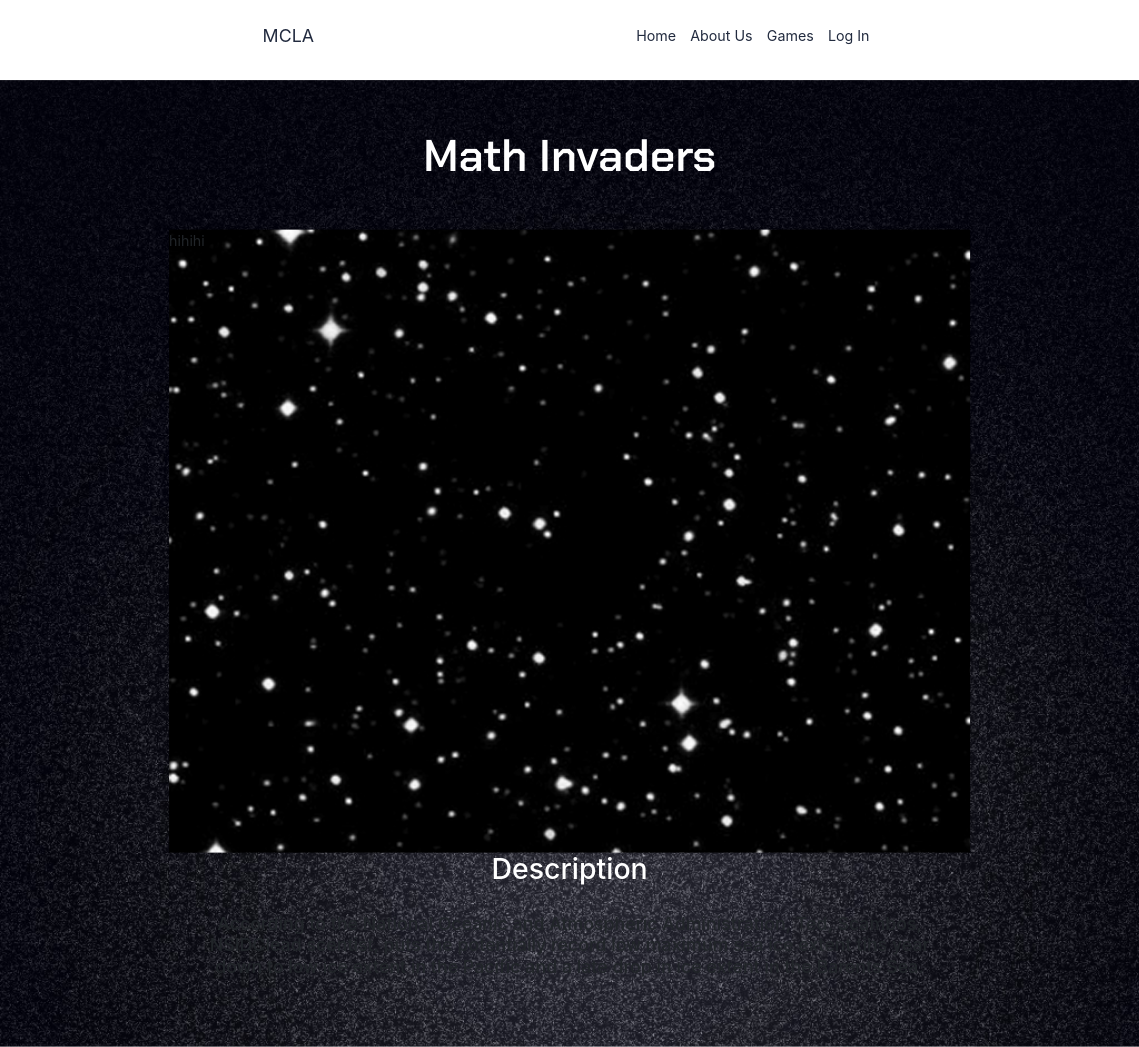
Repository: kkyler24/MathInvader
Page: index.html
The author's editor kept a copy of each file at every save. The page is drawn from the files as they stood at one save, then again after the next save.
The browser window is 1280 px wide. The pictures show the whole page, at 89% of full size.
Some web libraries are served in a nearby version.

Above is the page before, as saved 2020-07-19 23:35:52.
Console error: TypeError: Cannot read properties of null (reading 'style')

### index.html
<!DOCTYPE html>
<html lang="en">
  <head>
    <!-- Required meta tags -->
    <meta charset="utf-8" />
    <meta
      name="viewport"
      content="width=device-width, initial-scale=1, shrink-to-fit=no"
    />

    <!-- Bootstrap CSS -->
    <link
      rel="stylesheet"
      href="https://maxcdn.bootstrapcdn.com/bootstrap/4.0.0/css/bootstrap.min.css"
      integrity="sha384-Gn5384xqQ1aoWXA+058RXPxPg6fy4IWvTNh0E263XmFcJlSAwiGgFAW/dAiS6JXm"
      crossorigin="anonymous"
    />

    <link
      href="https://fonts.googleapis.com/css2?family=Chakra+Petch:wght@600&display=swap"
      rel="stylesheet"
    />
    <link href="./jsFolder/index.css" rel="stylesheet" />

    <title>Math Invaders</title>
  </head>
  <!-- Navbar -->
  <body class="burger-menu">
    <div id="mainBody">
      <nav
        id="marginb"
        class="navbar navbar-expand-lg fixed-top navbar-transparent"
      >
        <div class="container">
          <a class="navbar-brand" href="#">MCLA</a>
          <div class="separator separator-primary"></div>
          <button
            class="navbar-toggler"
            type="button"
            data-toggle="collapse"
            data-target="#navbarNav"
            aria-controls="navbarNav"
            aria-expanded="false"
            aria-label="Toggle navigation"
          >
            <span class="navbar-toggler-icon"></span>
          </button>
          <div class="collapse navbar-collapse" id="navbarNav">
            <ul class="navbar-nav">
              <li class="nav-item active">
                <a class="nav-link" href="#"
                  >Home <span class="sr-only">(current)</span></a
                >
              </li>
              <li class="nav-item">
                <a class="nav-link" href="#">About Us</a>
              </li>
              <li class="nav-item">
                <a class="nav-link" href="#">Games</a>
              </li>
              <li class="nav-item">
                <a class="nav-link" href="#">Log In</a>
              </li>
            </ul>
          </div>
        </div>
      </nav>
      <div id="wrapper">


      </div>
      <div id="backgroundSection" class="section section-about-us">
        <div class="content-center">
            <div class="containerM">
              <h1 id="titleG" class="title">Math Invaders</h1>
            </div>
          </div>
        <div class="containerM">
          <div class="section-story-overview">

            <div class="separator separator-primary"></div>
            <div class="game-wrapper">
<div id="Game" class="Game"> hihihi</div>
<div class="congratulations">
    <h1>Congratulations!</h1>
    <h2>You won the game</h2>
    <button class="btn" onclick="window.location.reload()">Restart</button>
              </div>
              <div class="game-over">
                <h1>GAME OVER</h1>
                <h2>You lost the game</h2>
                <button class="btn" onclick="window.location.reload()">Restart</button>
          </div>
                    </div>
                    <div class="separator separator-primary"></div>
                    <div class="row">
                        <div class="col-md-8 ml-auto mr-auto text-center">
                            <h2 class="title gameT">Description</h2>
                            <h5 class="description">According to the National Oceanic and Atmospheric Administration, Ted, Scambos, NSIDClead scentist, puts the potentially record low maximum sea ice extent tihs year down to low ice extent in the Pacific and a late drop in ice extent in the Barents Sea.</h5>
                        </div>
                    </div>
                </div>
            </div>
        </div>
    </div>
    </div>
</div>
    <!-- Optional JavaScript -->
    <!-- jQuery first, then Popper.js, then Bootstrap JS -->
    <script
      src="https://code.jquery.com/jquery-3.2.1.slim.min.js"
      integrity="sha384-KJ3o2DKtIkvYIK3UENzmM7KCkRr/rE9/Qpg6aAZGJwFDMVNA/GpGFF93hXpG5KkN"
      crossorigin="anonymous"
    ></script>
    <script
      src="https://cdnjs.cloudflare.com/ajax/libs/popper.js/1.12.9/umd/popper.min.js"
      integrity="sha384-ApNbgh9B+Y1QKtv3Rn7W3mgPxhU9K/ScQsAP7hUibX39j7fakFPskvXusvfa0b4Q"
      crossorigin="anonymous"
    ></script>
    <script
      src="https://maxcdn.bootstrapcdn.com/bootstrap/4.0.0/js/bootstrap.min.js"
      integrity="sha384-JZR6Spejh4U02d8jOt6vLEHfe/JQGiRRSQQxSfFWpi1MquVdAyjUar5+76PVCmYl"
      crossorigin="anonymous"
    ></script>


    <script src="./jsFolder/Aliens.js"></script>
    <script src="./jsFolder/tokens.js"></script>
    <script src="./jsFolder/game.js"></script>
  </body>
</html>

### jsFolder/index.css
html,
body {
  height: 100%;
  margin: 0;
  font-size: 16px;
  columns: #222b3f;
}
/*  navbar*/

.navbar.navbar-transparent {
  background-color: transparent !important;
  box-shadow: none;
  color: #fff;
  padding-top: 20px !important;
}

.fixed-top {
  position: fixed;
  top: 0;
  right: 0;
  left: 0;
  z-index: 1030;
}
#navbarNav {
  justify-content: flex-end;
}

#marginb {
  margin-bottom: 20px !important;
}
.navbar {
  position: relative;
  display: flex;
  flex-wrap: wrap;
  align-items: center;
  justify-content: space-between;
  padding: 0.5rem 1rem;
  padding-top: 0.625rem;
  padding-bottom: 0.625rem;
  min-height: 53px;
}

a {
  color: #222b3f;
  text-decoration: none;
  background-color: transparent;
}

.containerM {
  width: 100%;
  padding-right: 15px;
  padding-left: 15px;
  margin-right: auto;
  margin-left: auto;
}

.button-dropdown {
  padding-right: 0.7rem;
  cursor: pointer;
}

.navbar.navbar-transparent {
  background-color: transparent !important;
  color: #fff;
}

.dropdown {
  position: relative;
}

.navbar > .container {
  display: flex;
  flex-wrap: wrap;
  align-items: center;
  justify-content: space-between;
}

.gameT {
  color: #fff;
}
#titleG {
  font-family: "Chakra Petch", sans-serif;
  font-size: 50px;
  font-weight: 700;
  padding-top: 30px;
}
/*  container */

.page-header.page-header-small {
  min-height: 60vh;
  max-height: 440px;
}

.page-header {
  padding: 0;
  color: #fff;
  position: relative;
  overflow: hidden;
}

.page-header .page-header-image {
  position: absolute;
  background-size: cover;
  background-position: 50%;
  width: 100%;
  height: 100%;
  z-index: -1;
}

.navbar-toggler:not(:disabled):not(.disabled) {
  cursor: pointer;
}

.content-center {
  position: relative;
  top: 50%;
  left: 50%;
  z-index: 2;
  transform: translate(-50%, -50%);
  text-align: center;
  color: #fff;
  padding: 0 15px;
  width: 100%;
  max-width: 880px;
}

.text-center {
  text-align: center !important;
}

.page-header .container {
  height: 100%;
  z-index: 1;
  text-align: center;
  position: relative;
}

.section {
  padding: 70px 0;
  position: relative;
  background: #fff;
}

.row {
  display: flex;
  flex-wrap: wrap;
  margin-right: -15px;
  margin-left: -15px;
}

.ml-auto,
.mx-auto {
  margin-left: auto !important;
}
.mr-auto,
.mx-auto {
  margin-right: auto !important;
}

.col-md-8 {
  position: relative;
  width: 100%;
  padding-right: 15px;
  padding-left: 15px;
}
h2 {
  margin-bottom: 30px;
  line-height: 1.2;
}

#backgroundSection {
  background-image: url("./pictures/MathApics/spaceship/blackmatte.jpg");
  background-repeat: no-repeat;
  background-size: cover;
  width: 100%;
  height: auto;
}

/* Game */

#Game {
  width: 900px;
  height: 700px;
  background: url("/jsFolder/pictures/MathApics/spaceship/blackskybackground.jpg");
  animation: scroll-background 5s linear infinite;
  box-shadow: 0 2px 10px rgba(0, 0, 0, 0.2);
  position: relative;
}

.wrap {
  display: flex;
  flex-direction: column;
  height: 100%;
}

.game-wrapper {
  flex: 1;
  display: flex;
  justify-content: center;
  align-items: center;
  /* background: #2; */
}

.game .enemy {
  position: absolute;
  margin-left: -20px;
  margin-top: -18px;
  width: 40px;
}

.player {
  position: absolute;
  margin-left: -20px;
  width: 40px;
  height: 40px;
  z-index: 3;
}

.game {
  position: absolute;
  margin-left: -20px;
  width: 40px;
  height: 40px;
}

.game .laser {
  position: absolute;
  margin-left: -2.5px;
  height: 30px;
}

.game .enemy-laser {
  position: absolute;
  margin-left: -2.5px;
  height: 30px;
}

.congratulations {
  display: none;
  position: absolute;
  background: #c7a526;
  color: white;
  padding: 20px 50px;
  box-shadow: 0 2px 10px rgba(0, 0, 0, 0.2);
  border-radius: 10px;
  text-align: center;
  animation: pop-in 1s;
}

.game-over {
  display: none;
  position: absolute;
  background: #6b1818;
  color: white;
  padding: 20px 50px;
  box-shadow: 0 2px 10px rgba(0, 0, 0, 0.2);
  border-radius: 10px;
  text-align: center;
  animation: pop-in 1s;
}

@keyframes scroll-background {
  from {
    background-position-y: 0px;
  }
  to {
    background-position-y: 300px;
  }
}

@keyframes pop-in {
  0% {
    opacity: 0;
    transform: translate(0, -100px);
  }
  10% {
    opacity: 1;
  }
  50% {
    transform: translate(0, 30px);
  }
  100% {
    transform: translate(0, 0);
  }
}

/* media Queries */

@media (min-width: 768px) {
  .col-md-8 {
    flex: 0 0 66.666667%;
    max-width: 66.666667%;
  }
}
@media (min-width: 768px) {
  .container {
    max-width: 720px;
  }
}

@media (min-width: 992px) {
  .navbar-expand-lg .navbar-toggler {
    display: none;
  }
}

@media (max-width: 991.98px) {
  .navbar-expand-lg > .container {
    padding-right: 0;
    padding-left: 0;
  }
}

@media (min-width: 768px) {
  .container {
    max-width: 720px;
  }
}

@media screen and (max-width: 991px) {
  .button-dropdown {
    display: none;
  }
}

@media (min-width: 992px) {
  .navbar-expand-lg .navbar-toggler {
    display: none;
  }
}

@media screen and (max-width: 991px) {
  .sidebar-collapse .wrapper {
    transition: all 0.5s cubic-bezier(0.685, 0.0473, 0.346, 1);
  }
}

### jsFolder/game.js
const GAME_WIDTH = 800;
const GAME_HEIGHT = 700;

const KEY_CODE_LEFT = 37;
const KEY_CODE_RIGHT = 39;
const KEY_CODE_SPACE = 32;

const PLAYER_WIDTH = 90;

// contains entire state of game which included position of player, lasers and enemies on screen.
const GAME_STATE = {
  // setting the keys pressed to false
  leftPressed: false,
  rightPressed: false,
  spacePressed: false,
  // players
  playerX: 0,
  playerY: 0,
};

// positioning for our enemies
function setPosition($el, x, y) {
  $el.style.transform = `translate(${x}px, ${y}px)`;
}

function clamp(v, min, max) {
  if (v < min) {
    return min;
  } else if (v > max) {
    return max;
  } else {
    return v;
  }
}

function createPlayer($container) {
  // position of player in middle of screen you can reference the global var of gamewidth like you did below, for future refrence. this will keep the palyer on the game board.
  GAME_STATE.playerX = GAME_WIDTH / 2;
  GAME_STATE.playerY = GAME_HEIGHT - 85;
  const $player = document.createElement("img");
  $player.src = "/jsFolder/pictures/MathApics/spaceship/spaceship3.png";
  $player.style = "height:90px, width: 90px";
  $player.id = "player";
  $container.appendChild($player);
  setPosition($player, GAME_STATE.playerX, GAME_STATE.playerY);
}

function updatePlayer() {
  if (GAME_STATE.leftPressed) {
    GAME_STATE.playerX -= 5;
  }
  if (GAME_STATE.rightPressed) {
    GAME_STATE.playerX += 5;
  }

  // constraints the player to the game board.
  GAME_STATE.playerX = clamp(
    GAME_STATE.playerX,
    PLAYER_WIDTH,
    GAME_WIDTH - PLAYER_WIDTH
  );
}

const $player = document.querySelector(".player");
setPosition($player, GAME_STATE.playerX, GAME_STATE.playerY);

// initializes players and function of the game
function init() {
  const $container = document.querySelector(".Game");
  createPlayer($container);
}

// game loop runs every frame all the time and makes sure everything runs smoothly makes sure that all elements that have to move actually move it.
function update(e) {
  updatePlayer();
  window.requestAnimationFrame(update);
}

function onKeyDown(e) {
  if (e.keyCode === KEY_CODE_LEFT) {
    GAME_STATE.leftPressed = true;
  } else if (e.keyCode === KEY_CODE_RIGHT) {
    GAME_STATE.rightPressed = true;
  } else if (e.keyCode === KEY_CODE_SPACE) {
    GAME_STATE.spacePressed = true;
  }
}

function onKeyUp(e) {
  if (e.keyCode === KEY_CODE_LEFT) {
    GAME_STATE.leftPressed = false;
  } else if (e.keyCode === KEY_CODE_RIGHT) {
    GAME_STATE.rightPressed = false;
  } else if (e.keyCode === KEY_CODE_SPACE) {
    GAME_STATE.spacePressed = false;
  }
}

// function onKeyDown(e) {
//   console.log(e);
// }

init();
window.addEventListener("keydown", onKeyDown);
window.addEventListener("keyup", onKeyUp);
window.requestAnimationFrame(update);

Loaded but not shown: jsFolder/Aliens.js (empty); jsFolder/tokens.js (empty)

After the next save:
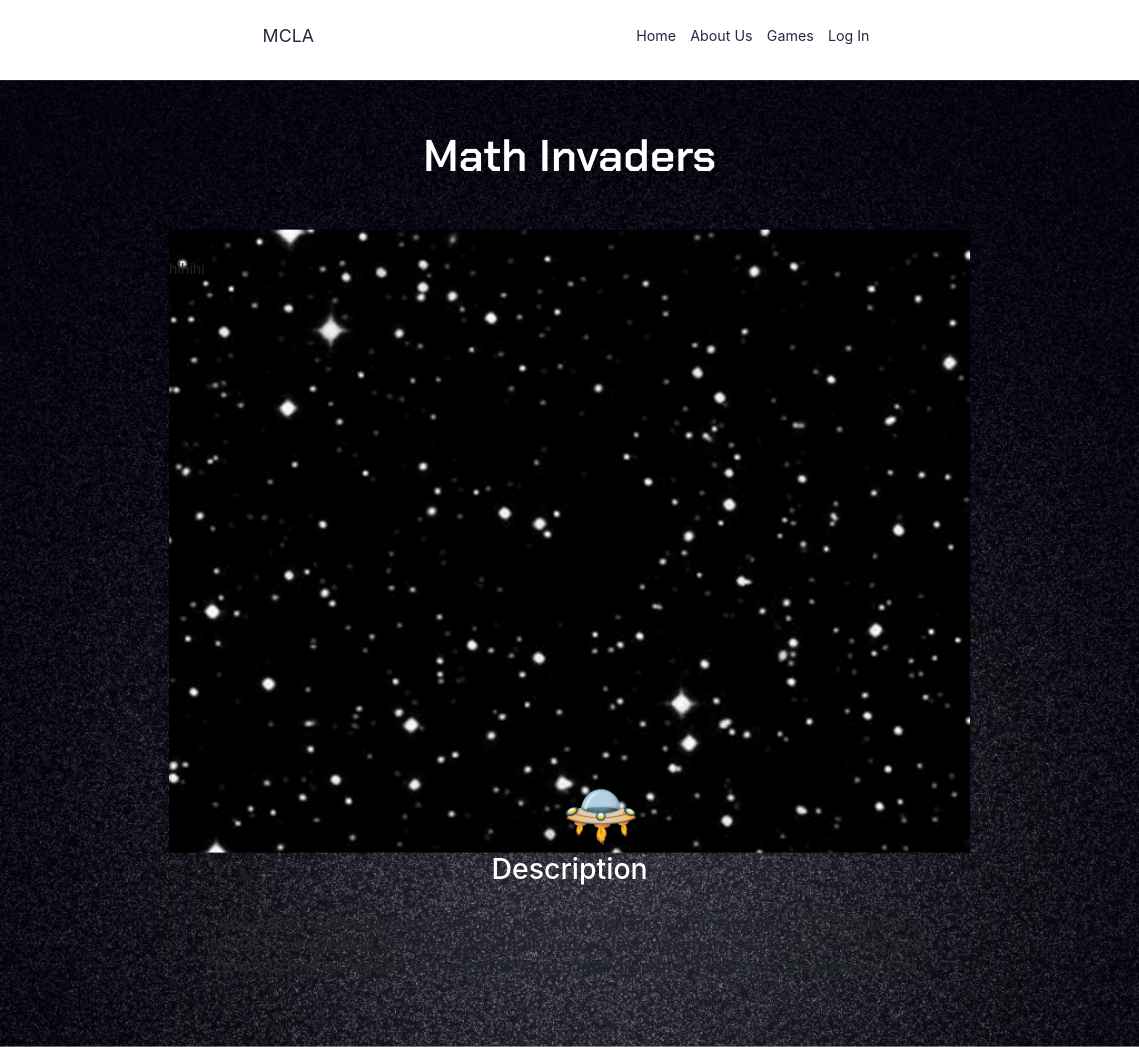
Saved 2 min 40 s later.
--- a/jsFolder/game.js
+++ b/jsFolder/game.js
@@ -53,16 +53,15 @@ function updatePlayer() {
     GAME_STATE.playerX += 5;
   }
 
-  // constraints the player to the game board.
   GAME_STATE.playerX = clamp(
     GAME_STATE.playerX,
     PLAYER_WIDTH,
     GAME_WIDTH - PLAYER_WIDTH
   );
+
+  const $player = document.querySelector(".player");
+  setPosition($player, GAME_STATE.playerX, GAME_STATE.playerY);
 }
-
-const $player = document.querySelector(".player");
-setPosition($player, GAME_STATE.playerX, GAME_STATE.playerY);
 
 // initializes players and function of the game
 function init() {
